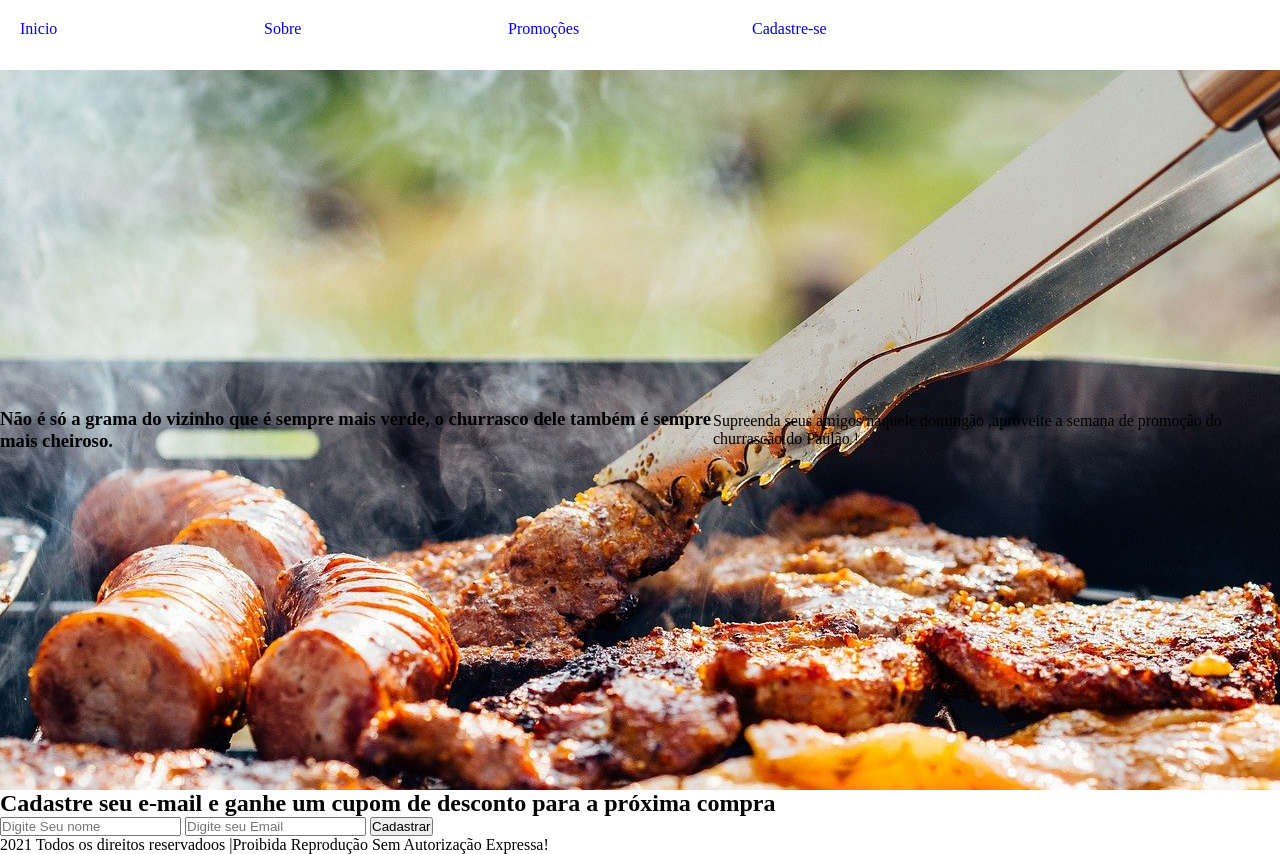
Repository: PauloMarquess/ProjetoBlackFriday
Page: index.html
These files come from the project's save history. The page is drawn as it stood at one moment and after the next save; the edit follows.
The browser window is 1280 px wide. The pictures show the whole page.

Above is the page before, as saved 2021-07-15 15:00:26.

After the next save:
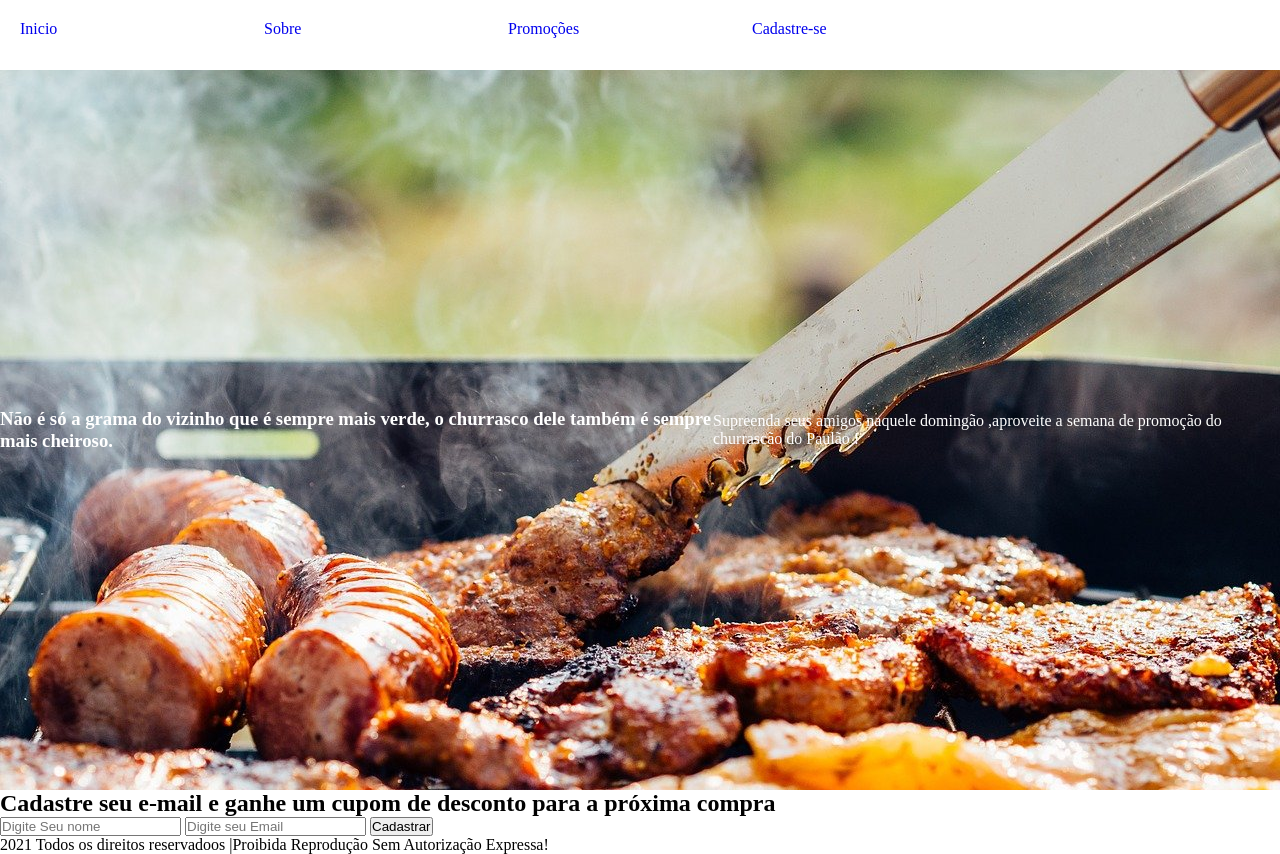
Saved 40 s later.
--- a/css/style.css
+++ b/css/style.css
@@ -16,14 +16,14 @@
     padding: 20px;
 
 }
-.menu ul li h3 p {
-    color: white;
-}
+
+
 .container{
     width: 100%;
     height: 100vh;
     display: flex;
     align-items: center;
+    color: white;
 }
 .background-section {
     background-image: url(../img/barbecue-820010_1280.jpg)
